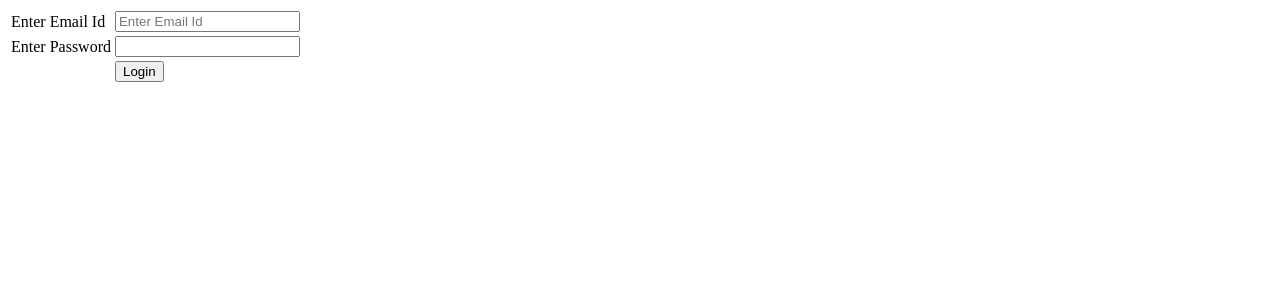
Repository: Ranjith-Kondra/FSD57_MODULE3
Page: AdvJava/WorkSpace2/EmpWebApp/WebContent/Login.html
The author's editor kept a copy of each file at every save. The page is drawn from the files as they stood at one save, then again after the next save.
The browser window is 1280 px wide. The pictures show the whole page.

Above is the page before, as saved 2024-01-03 12:11:59.

### AdvJava/WorkSpace2/EmpWebApp/WebContent/Login.html
<!DOCTYPE html>
<html>
<head>
<meta charset="ISO-8859-1">
<title>Login Page</title>
</head>
<body>

<form action = "Loginservlet" method = "post">

<table>
    <tr>
       <td>Enter Email Id</td>
       <td><input type = "text" name = "emailId" placeholder = "Enter Email Id"/></td>
     </tr>
   <tr>
       <td>Enter Password</td>
       <td><input type = "text" name = "password" paceholder = "Enter Password"/></td>
     </tr>

     <tr>
        <td></td>
        <td><button>Login</button></td>

         </tr>

</table>


</form>
</body>
</html>

After the next save:
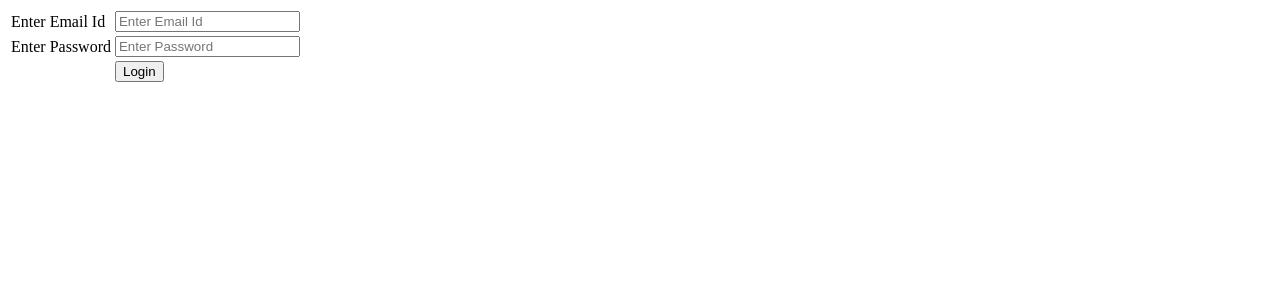
Saved 12 min 41 s later.
--- a/AdvJava/WorkSpace2/EmpWebApp/WebContent/Login.html
+++ b/AdvJava/WorkSpace2/EmpWebApp/WebContent/Login.html
@@ -15,7 +15,7 @@
      </tr>
    <tr>
        <td>Enter Password</td>
-       <td><input type = "text" name = "password" paceholder = "Enter Password"/></td>
+       <td><input type = "text" name = "password" placeholder = "Enter Password"/></td>
      </tr>
 
      <tr>
